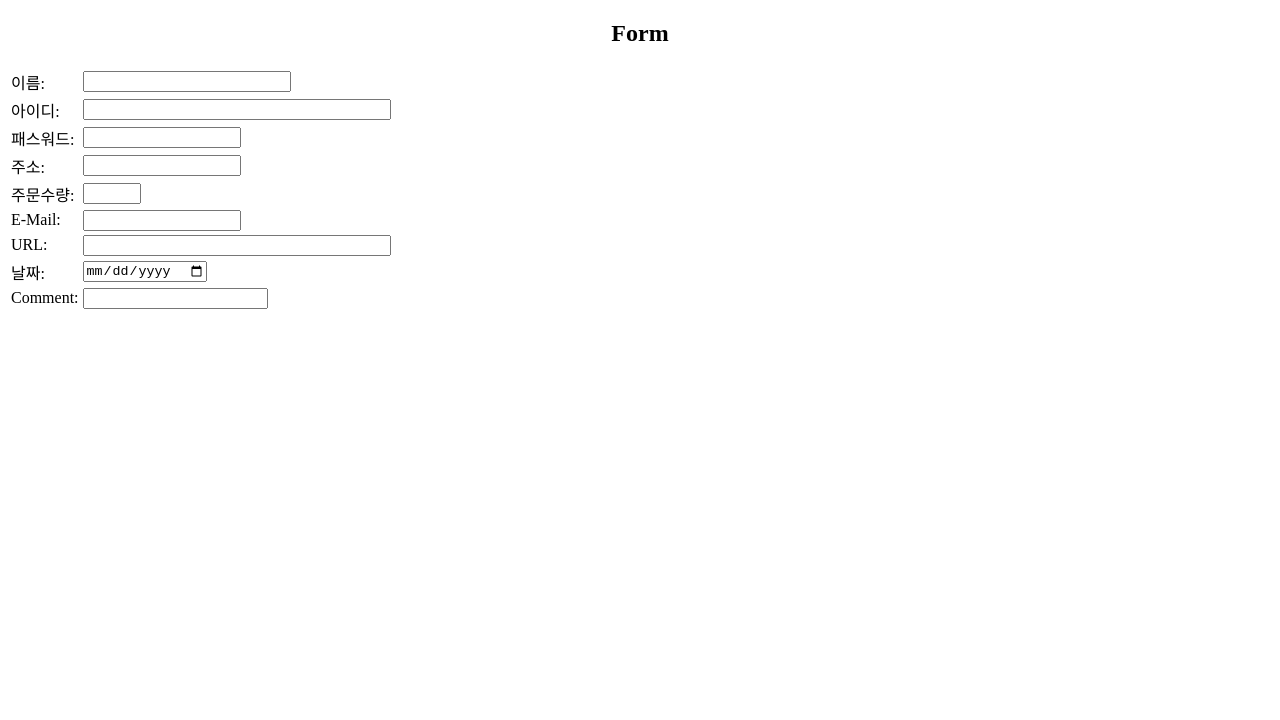
Repository: gyujin91/JSP
Page: web01/src/main/webapp/form.html
An editor plug-in stored every save of this project. The page is shown before and after the next save, followed by the edit.
The browser window is 1280 px wide. The pictures show the whole page.

Above is the page before, as saved 2022-04-22 05:21:16.

### web01/src/main/webapp/form.html
<!DOCTYPE html>
<html>
<head>
<meta charset="UTF-8">
<link rel="stylesheet" type="text/css" href="">
<style>
.form{text-align: center;}
.input1{width: 200px;}
.input2{width:300px;}
.input3{width:150px;}
.input4{width:150px;}
.input5{width:50px;}
.input6{width:150px;}
.input7{width:300px;}
</style>

<title>Form Sample</title>
</head>
<body>
	<h2 class="form">Form</h2>
	<form action="loginPro.jsp" method="post" name="twin">
        <table>
            <tr>
                <td>이름:</td>
                <td><input type="text" name="name" class="input1"></td>
            </tr>
            <tr>
            	<td>아이디:
            	<td><input type="text" name="uid"  class="input2"></td>
            </tr>
            <tr>
            	<td>패스워드:
            	<td><input type="password" name="upw" class="input3"></td>
            </tr>
            <tr>
            	<td>주소:
            	<td><input type="text" name="adrr" class="input4"></td>
            </tr>
            <tr>
            	<td>주문수량:
            	<td><input type="text" name="ordercount" class="input5"></td>
            </tr>
            <tr>
            	<td>E-Mail:
            	<td><input type="email" name="eamil" class="input6"></td>
            </tr>
            <tr>
            	<td>URL:
            	<td><input type="url" name="url" class="input7"></td>
            </tr>
            <tr>
            	<td>날짜:
            	<td><input type="date" name="date"></td>
            </tr>
            <tr>
            	<td class="td1">Comment:
            	<td><input type="text" name="comment" class="input8"></td>
            </tr>



        </table>




</body>
</html>

After the next save:
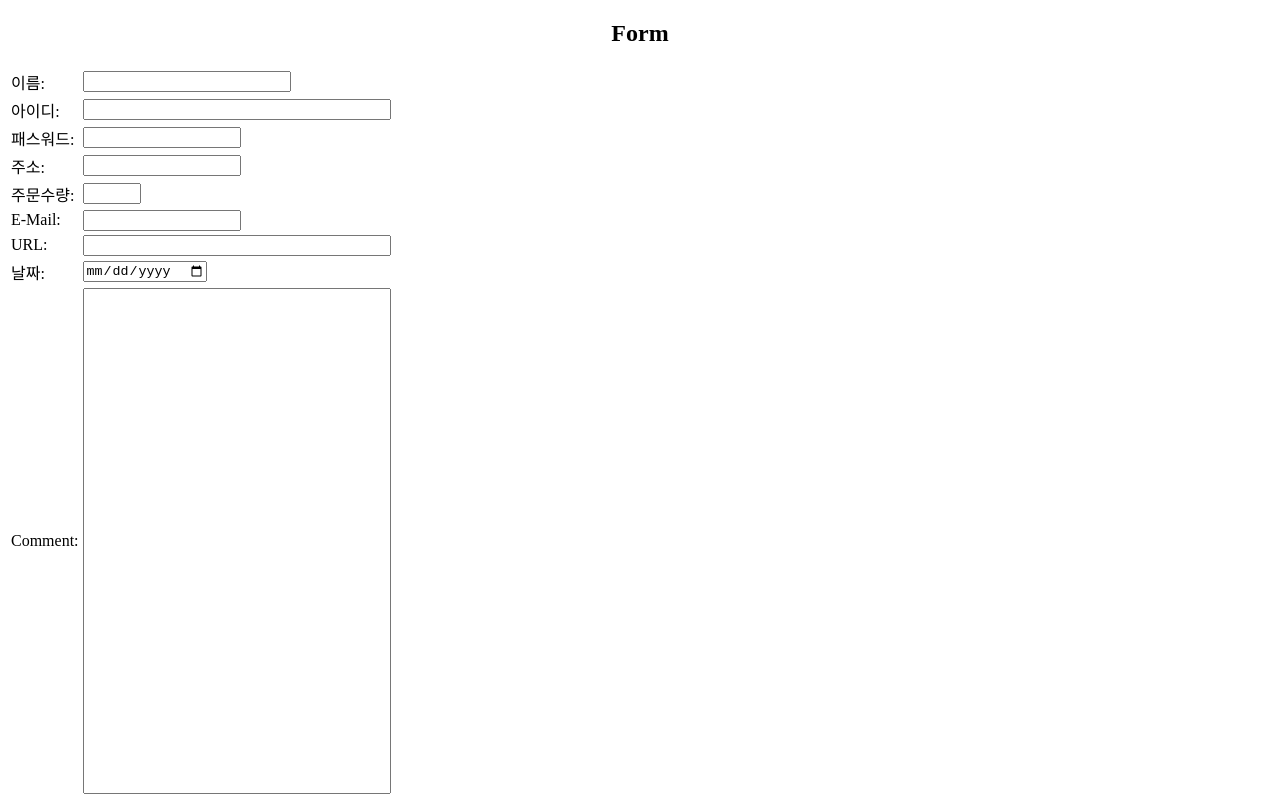
Saved 28 s later.
--- a/web01/src/main/webapp/form.html
+++ b/web01/src/main/webapp/form.html
@@ -12,6 +12,7 @@
 .input5{width:50px;}
 .input6{width:150px;}
 .input7{width:300px;}
+.input8{width: 300px; height: 500px;}
 </style>
 
 <title>Form Sample</title>
